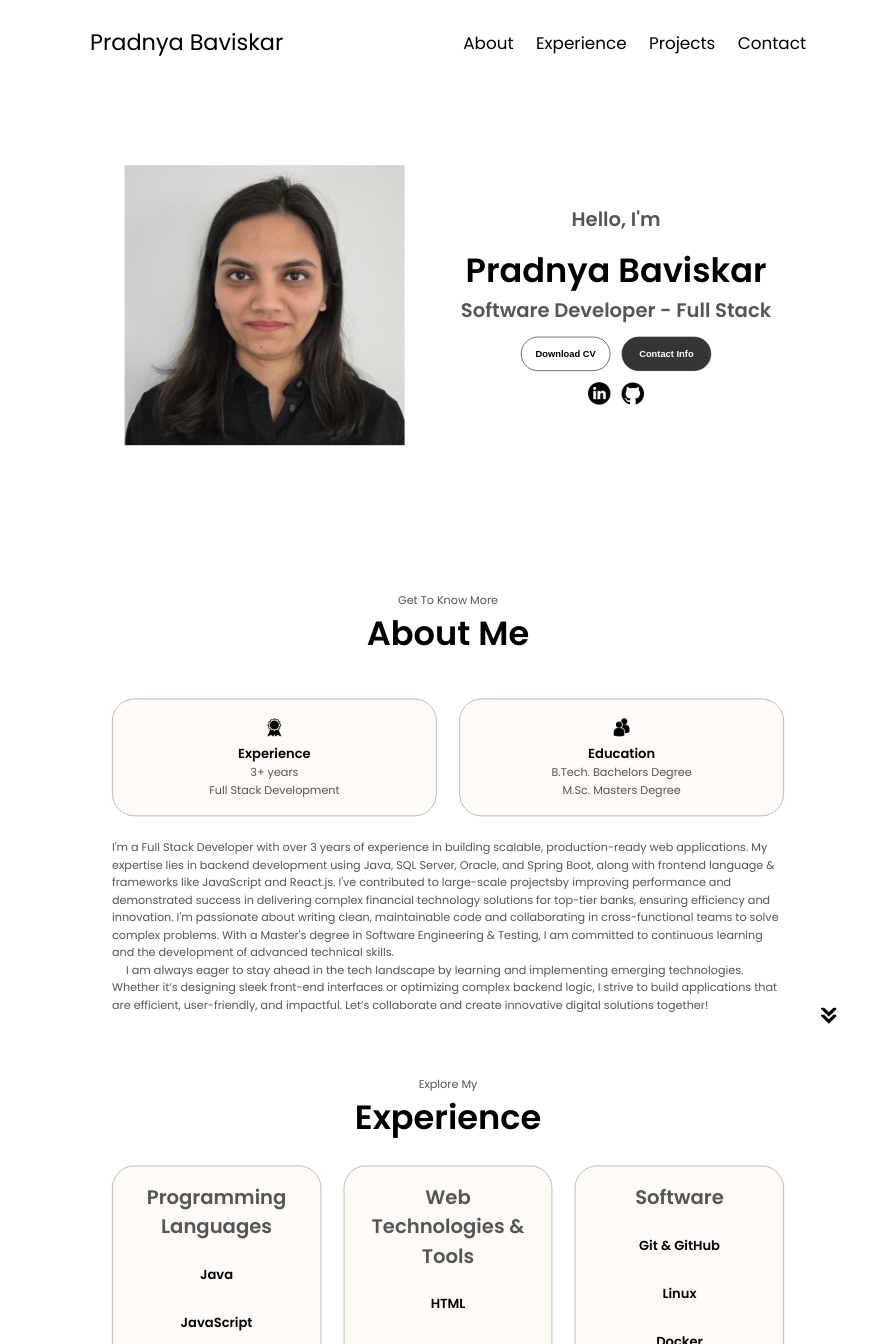
Repository: Pradnya-07/Portfolio-Pradnya
Page: index.html
The author's editor kept a copy of each file at every save. The page is drawn from the files as they stood at one save, then again after the next save.
The browser window is 1280 px wide. The pictures show the part of the page from y = 0 to 1920 px (the page is 4473 px tall), at 70% of full size.

Above is the page before, as saved 2025-04-26 13:42:29.

After the next save:
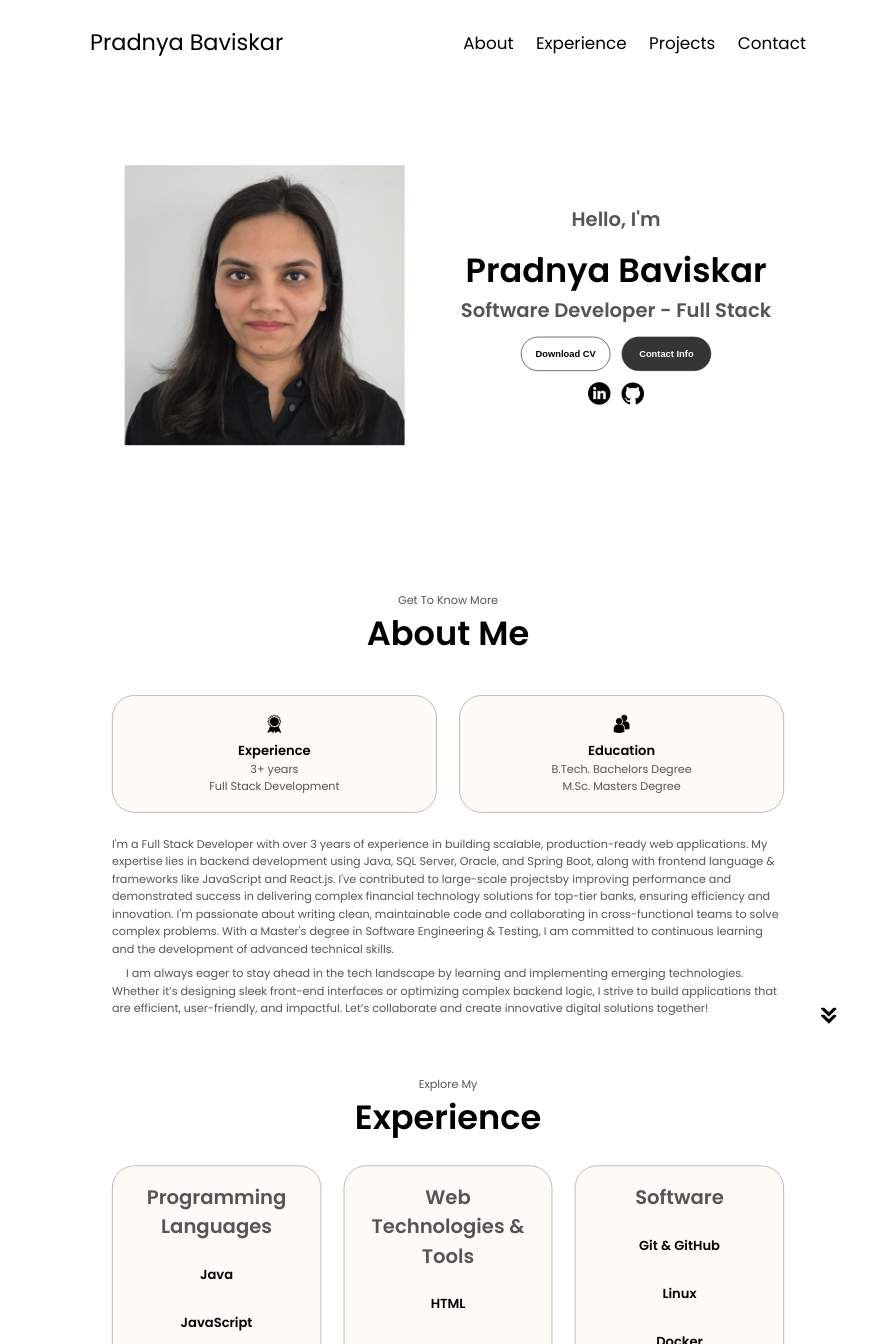
Saved 22 s later.
--- a/index.html
+++ b/index.html
@@ -106,7 +106,7 @@
               With a Master's degree in Software Engineering & Testing, I am committed to continuous learning and the development of advanced technical skills.
 
             </p>
-            <p style="text-indent: 20px;">
+            <p style="text-indent: 20px; margin-top: 1%;">
               I am always eager to stay ahead in the tech landscape by learning and implementing emerging technologies.
               Whether it’s designing sleek front-end interfaces or optimizing complex backend logic,
               I strive to build applications that are efficient, user-friendly, and impactful.
